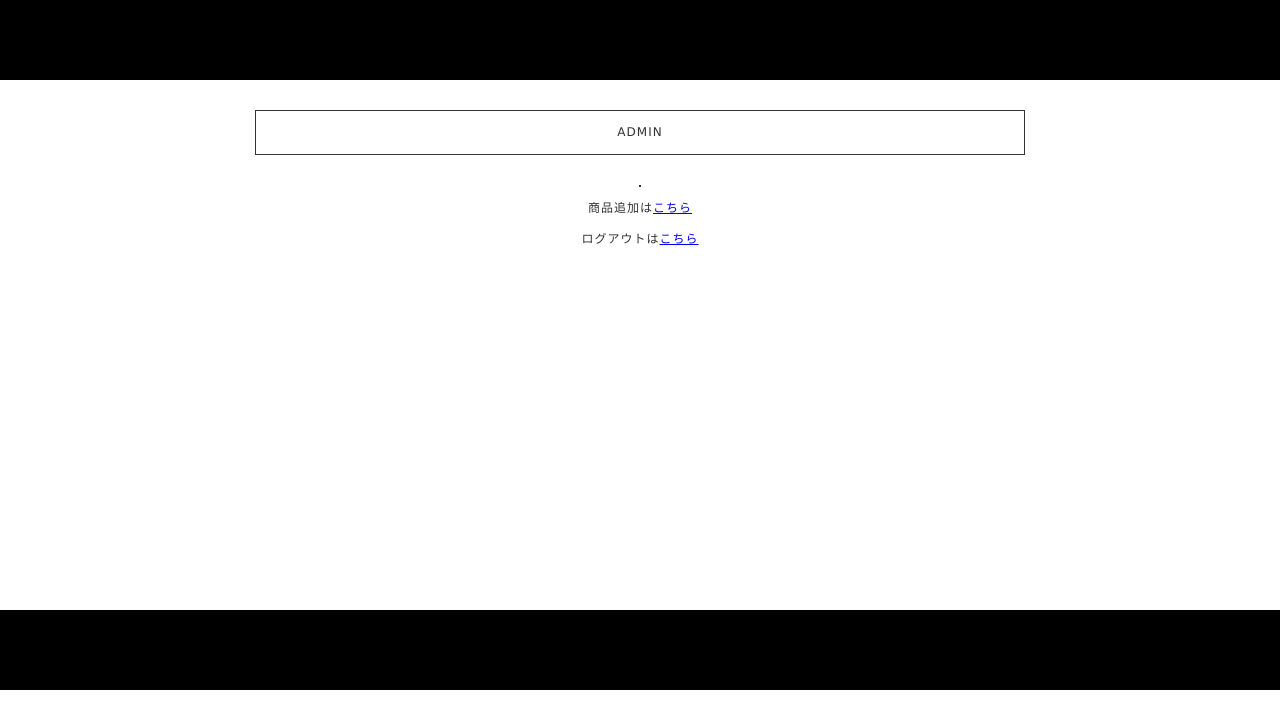
Repository: kf3225/backup
Page: http://localhost/ecsite/GoAdminAction.action
These files come from the project's save history. The page is drawn as it stood at one moment and after the next save; the edit follows.
The browser window is 1280 px wide. The pictures show the whole page.
The page is served by Tomcat 9. Other server files are loaded and not shown.

Above is the page before, as saved 2018-01-29 07:14:51.

### ecsite/WebContent/admin.jsp
<%@ page language="java" contentType="text/html; charset=UTF-8"
    pageEncoding="UTF-8"%>
<%@ taglib prefix="s" uri="/struts-tags" %>
<!DOCTYPE html PUBLIC "-//W3C//DTD HTML 4.01 Transitional//EN" "http://www.w3.org/TR/html4/loose.dtd">
<html>
<head>
<meta http-equiv="Content-Type" content="text/html; charset=UTF-8" />
<meta http-equiv="Content-Style-Type" content="text/css"/>
<meta http-equiv="Content-Script-Type" content="javascript"/>
<meta http-equiv="imagetoolbar" content="no"/>
<meta name="description" content=""/>
<meta name="keywords" content=""/>

<style type="text/css">

/* ===== TAG LAYOUT ===== */

body {
	margin:0;
	padding:0;
	line-height:1.6;
	letter-spacing:1px;
	font-family:Verdana, Helvetica, sans-serif;
	font-size:12px;
	color:#333;
	background-color:#fff;
}

table {
	text-align:center;
	margin:0 auto;
	border:1px solid #333;
}

table tr {
	border:1px solid #333;
}

/* ===== ID LAYOUT ===== */
#top {
	width:60%;
	margin:30px auto;
	border:1px solid #333;
}

#header {
	width:100%;
	height:80px;
	background-color:black;
}

#main {
	width:100%;
	height:500px;
	text-align:center;
}

#footer {
	width:100%;
	height:80px;
	background-color:black;
	clear:both;
}


</style>

<title>ADMIN</title>
</head>
<body>
	<div id="header">
		<div id="pr"></div>
	</div>

	<div id="main">
		<div id="top"><p>ADMIN</p></div>
		<div>
			<table>
			<s:iterator value="session.buyItemList">
				<tr>
					<th>商品名</th>
					<th>値段</th>
					<th>在庫</th>
				</tr>
				<tr>
					<td><s:property value="itemName" /></td>
					<td><s:property value="itemPrice" /><span>円／個</span></td>
					<td><s:property value="stockCount" /><span>個</span></td>
				</tr>
			</s:iterator>
			</table>
			<p>商品追加は<a href='<s:url action="ItemInsertAction"/>'>こちら</a></p>
			<p>ログアウトは<a href='<s:url action="LogoutAction"/>'>こちら</a></p>
		</div>
	</div>

	<div id="footer">
		<div id="pr"></div>
	</div>
</body>
</html>

After the next save:
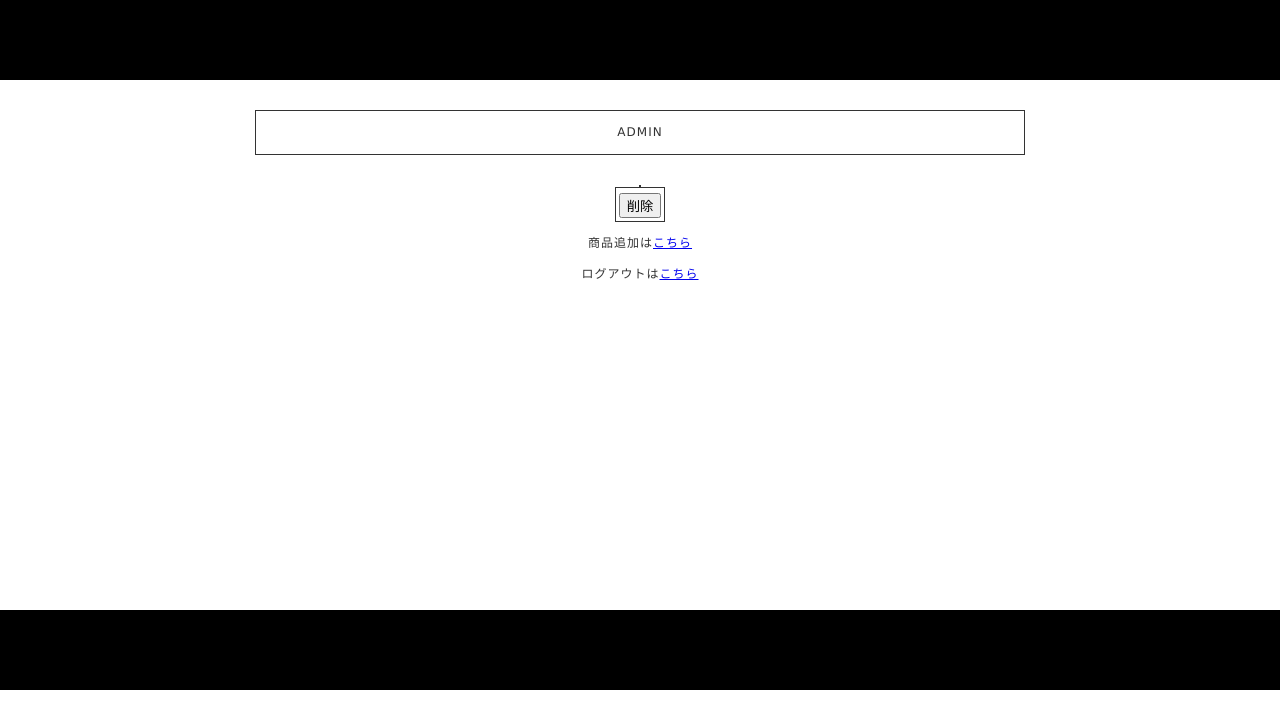
Saved 79 min 22 s later.
--- a/ecsite/WebContent/admin.jsp
+++ b/ecsite/WebContent/admin.jsp
@@ -75,6 +75,7 @@ table tr {
 	<div id="main">
 		<div id="top"><p>ADMIN</p></div>
 		<div>
+			<s:form action="BuyItemAction">
 			<table>
 			<s:iterator value="session.buyItemList">
 				<tr>
@@ -83,12 +84,17 @@ table tr {
 					<th>在庫</th>
 				</tr>
 				<tr>
+					<td><input type="radio" name="id"></td>
 					<td><s:property value="itemName" /></td>
 					<td><s:property value="itemPrice" /><span>円／個</span></td>
 					<td><s:property value="stockCount" /><span>個</span></td>
 				</tr>
 			</s:iterator>
+				<tr>
+					<s:submit value="削除" />
+				</tr>
 			</table>
+			</s:form>
 			<p>商品追加は<a href='<s:url action="ItemInsertAction"/>'>こちら</a></p>
 			<p>ログアウトは<a href='<s:url action="LogoutAction"/>'>こちら</a></p>
 		</div>
